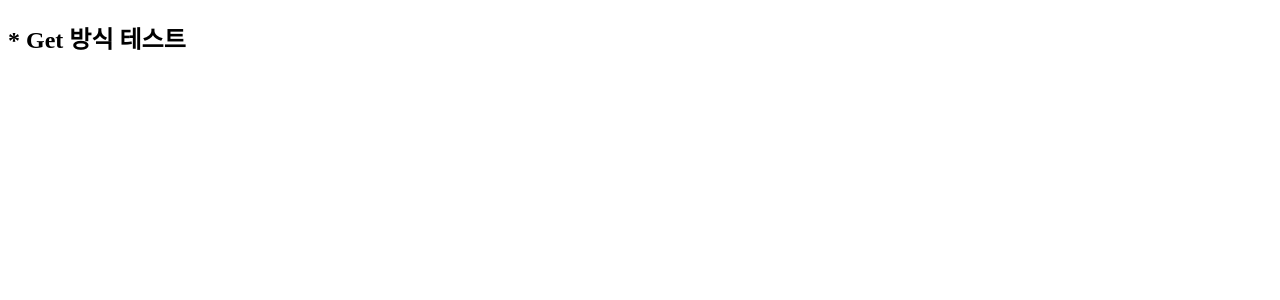
Repository: kkh1396/kh_front
Page: 05_server/1.servlet/src/main/webapp/WEB-INF/views/requestTest_GET.html
These files come from the project's save history. The page is drawn as it stood at one moment and after the next save; the edit follows.
The browser window is 1280 px wide. The pictures show the whole page.

Above is the page before, as saved 2025-03-19 01:50:06.

After the next save:
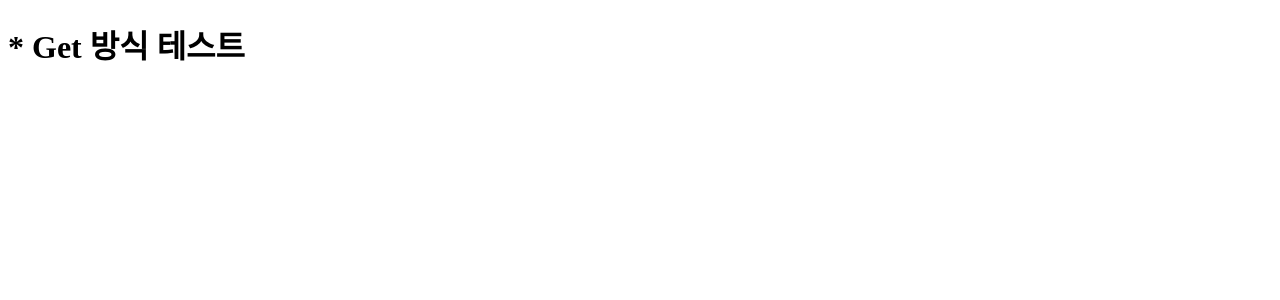
Saved 102 s later.
--- a/05_server/1.servlet/src/main/webapp/WEB-INF/views/requestTest_GET.html
+++ b/05_server/1.servlet/src/main/webapp/WEB-INF/views/requestTest_GET.html
@@ -6,6 +6,6 @@
 </head>
 <body>
 
-    <h2>* Get 방식 테스트</h2>
+    <h1>* Get 방식 테스트</h1>
 </body>
 </html>
